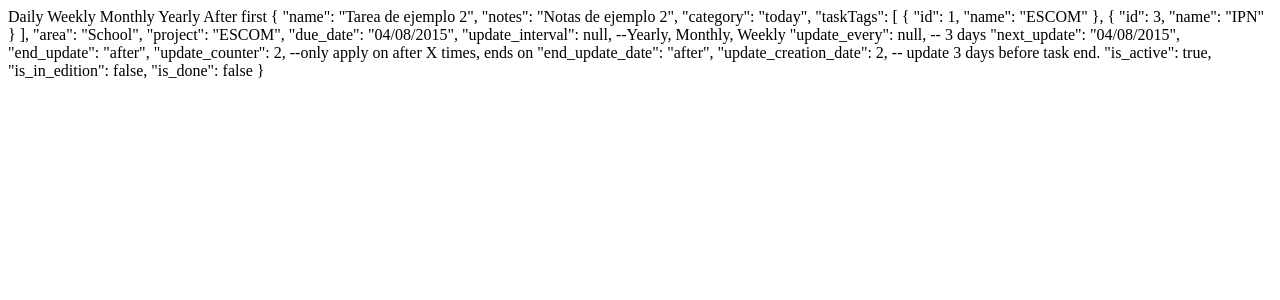
Repository: dagtok/things-mac
Page: views/scheduled_tasks.html
The author's editor kept a record of every edit. The page is drawn from the files as they stood at one moment, then again after the next edit.
The browser window is 1280 px wide. The pictures show the whole page.

Above is the page before.

After the next edit:
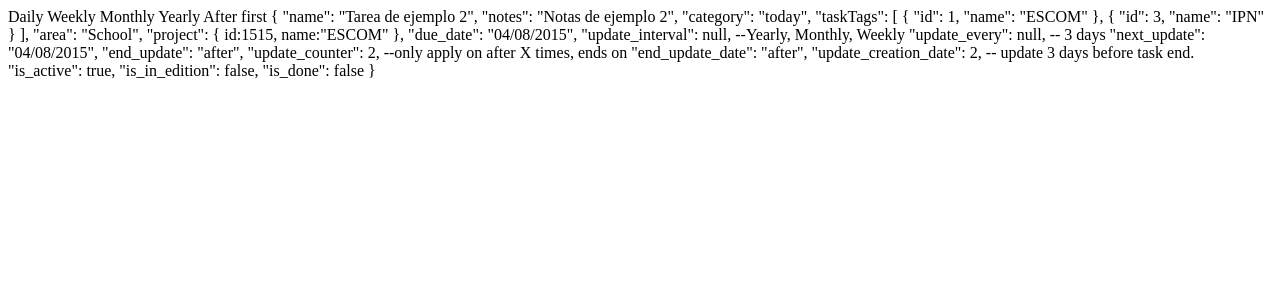
The edit:
--- a/views/scheduled_tasks.html
+++ b/views/scheduled_tasks.html
@@ -20,7 +20,10 @@
         }
     ],
     "area": "School",
-    "project": "ESCOM",
+    "project": {
+    	id:1515,
+    	name:"ESCOM"
+    },
     "due_date": "04/08/2015",
 
     "update_interval": null, --Yearly, Monthly, Weekly
